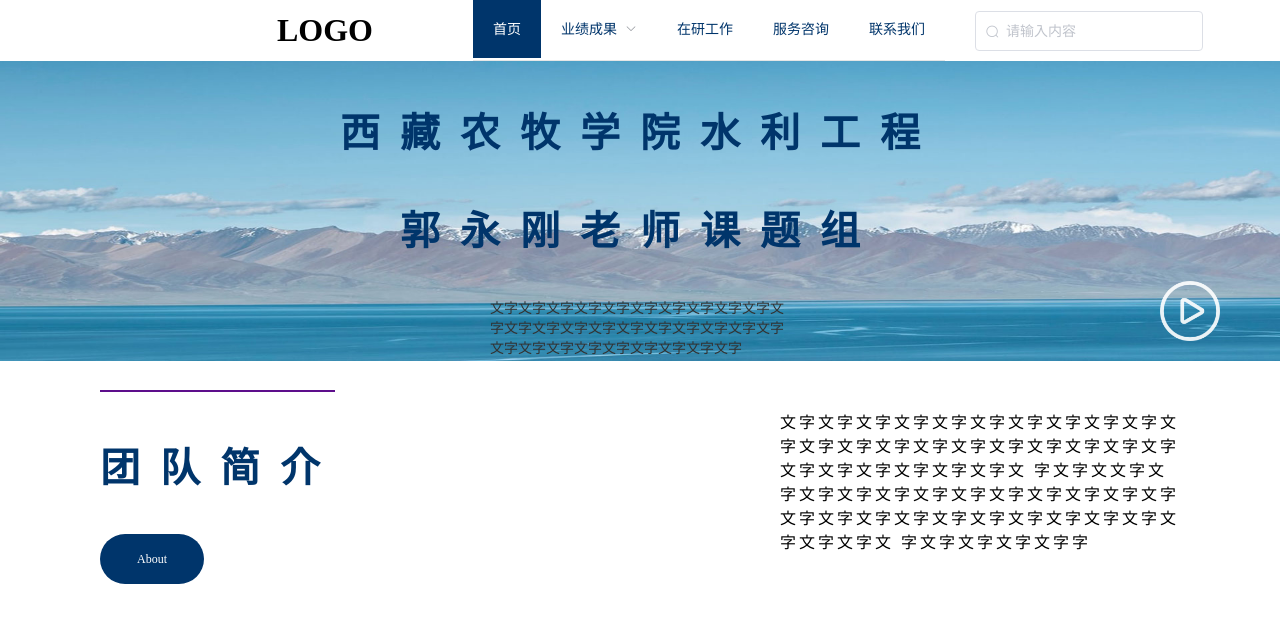
Repository: BLSY/xzust
Page: /
The author's editor kept a copy of each file at every save. The page is drawn from the files as they stood at one save, then again after the next save.
The browser window is 1280 px wide. The pictures show the whole page.
The project was rebuilt for these pictures with package versions that can differ from the ones it lists, and the page was loaded fresh each time.

Above is the page before, as saved 2022-11-27 08:45:44.

### index.html
<!DOCTYPE html>
<html>
  <head>
    <meta charset="utf-8">
    <meta name="viewport" content="width=device-width,initial-scale=1.0">
    <title>student</title>
  </head>
  <body style="margin:0;">
    <div id="app"></div>
    <!-- built files will be auto injected -->
  </body>
</html>

### src/main.js
// The Vue build version to load with the `import` command
// (runtime-only or standalone) has been set in webpack.base.conf with an alias.
import Vue from 'vue'
import App from './App'
import ElementUI from 'element-ui';
import 'element-ui/lib/theme-chalk/index.css';
import router from './router'

Vue.use(ElementUI);
Vue.config.productionTip = false

/* eslint-disable no-new */
new Vue({
  el: '#app',
  router,
  components: { App },
  template: '<App/>'
})

### src/App.vue
<template>
  <div id="app">
    <router-view/>
  </div>
</template>

<script>
export default {
  name: 'App'
}
</script>

<style>
#app {

}
</style>

### src/components/HelloWorld.vue
<template>
  <div class="indexBox">
    <div class="nav">
      <div class="login">LOGO</div>
      <div class="navList">
        <el-menu
          :default-active="activeIndex2"
          class="el-menu-demo"
          mode="horizontal"
          @select="handleSelect"
          background-color="#fff"
          text-color="#00356B"
          active-text-color="#fff"
        >
          <el-menu-item index="1">首页</el-menu-item>
          <el-submenu index="2">
            <template slot="title">业绩成果</template>
            <el-menu-item index="2-1">选项1</el-menu-item>
            <el-menu-item index="2-2">选项2</el-menu-item>
            <el-menu-item index="2-3">选项3</el-menu-item>
          </el-submenu>
          <el-menu-item index="3">在研工作</el-menu-item>
          <el-menu-item index="4">服务咨询</el-menu-item>
          <el-menu-item index="5">联系我们</el-menu-item>
        </el-menu>
      </div>
      <div class="serch">
        <el-input
          placeholder="请输入内容"
          prefix-icon="el-icon-search"
          v-model="input2"
        >
        </el-input>
      </div>
    </div>
    <div class="top">
      <div class="toptext">
        <h3 class="h-text">西藏农牧学院水利工程</h3>
        <h3 class="h-text" >郭永刚老师课题组</h3>
        <div class="detil">
          文字文字文字文字文字文字文字文字文字文字文字文字文字文字文字文字文字文字文字文字文字文字文字文字文字文字文字文字文字文字
        </div>

      </div>
      <div class="starvidio">
        </div>
    </div>
    <div class="team">
      <div class="team-left">
        <div class="line"></div>
        <h3 class="team-title">团队简介</h3>
        <div class="team-icon">About</div>
      </div>
      <div class="team-right">
        <div class="right-text">
          文字文字文字文字文字文字文字文字文字文字文字文字文字文字文字文字文字文字文字文字文字文字文字文字文字文字文字文
          字文字文文字文字文字文字文字文字文字文字文字文字文字文字文字文字文字文字文字文字文字文字文字文字文字文字文字文
          字文字文字文字文字字
        </div>

      </div>
    </div>
  </div>
</template>

<script>
export default {
  name: "HelloWorld",
  data() {
    return {
      activeIndex2: "1",
      input2: "",
    };
  },
  props: {
    msg: String,
  },
  methods: {
    handleSelect(key, keyPath) {
      console.log(key, keyPath);
    },
  },
};
</script>

<!-- Add "scoped" attribute to limit CSS to this component only -->
<style scoped >
*{
  list-style: none;
}
.indexBox {

  width: 100%;
  height: 100%;
  position: relative;
  overflow: auto;
}
.nav {
  width: 100%;
  display: flex;
  align-items: center;
  justify-content: center;
}
.login {
  display: inline-block;
  font-size: 32px;
  font-weight: bold;
  font-family: MicrosoftYaHei;
  margin-left: 200px;
  margin-right: 100px;
}
.navList{
  display: inline-block;
}
.serch{
  display: inline-block;
  margin-left:30px ;
}
.el-menu-item.is-active{
  background: #00356B !important;
}
.top{
  box-sizing: border-box;
  background: url(../assets/topbackg.jpg) no-repeat ;
  background-size:100% 100% ;
  position: relative;
  width: 100%;
  height: 300px;
  overflow: hidden;
}
  .toptext{
    margin-top: 20px;
    width: 100%;
    text-align: center;
  }
  .h-text{
    color: #00356B;
    font-size: 40px;
    letter-spacing:20px;
  }
  .detil{
    display: inline-block;
    width:300px;
    font-size: 14px;
    text-align: left;
    color:#333;
  }
  .starvidio{
    background: url(../assets/bapfang.png) no-repeat;
    background-size:100% 100% ;
    position: absolute;
    bottom: 20px;
    right: 60px;
    height: 60px;
    width: 60px;
  }
  .team{
    height: 240px;
    width:100%;
    display: flex;
    flex-direction: row;
    align-items: center;
    justify-content: space-between;
    padding: 0 100px;
  }
  .team-left{
    width: 500px;
    text-align: cente;
  }
  .team-right{
    width: 600px;
  }
  .right-text{
    width: 400px;
    text-align: left;
   letter-spacing:3px;
  }
  .team-title{
    color: #00356B;
    font-size: 40px;
    letter-spacing:20px;
  }
  .line{
    display: inline-block;
    margin: auto;
    width: 233px;
    border: 1px solid #5D0E8B;
  }
  .team-icon{
    text-align: center;
    width: 104px;
    height: 50px;
    line-height: 50px;
    color: #fff;
    font-size: 12px;
    background: #00356B;
    border-radius: 25px;
  }
</style>

Loaded but not shown: src/router/index.js (common file)

After the next save:
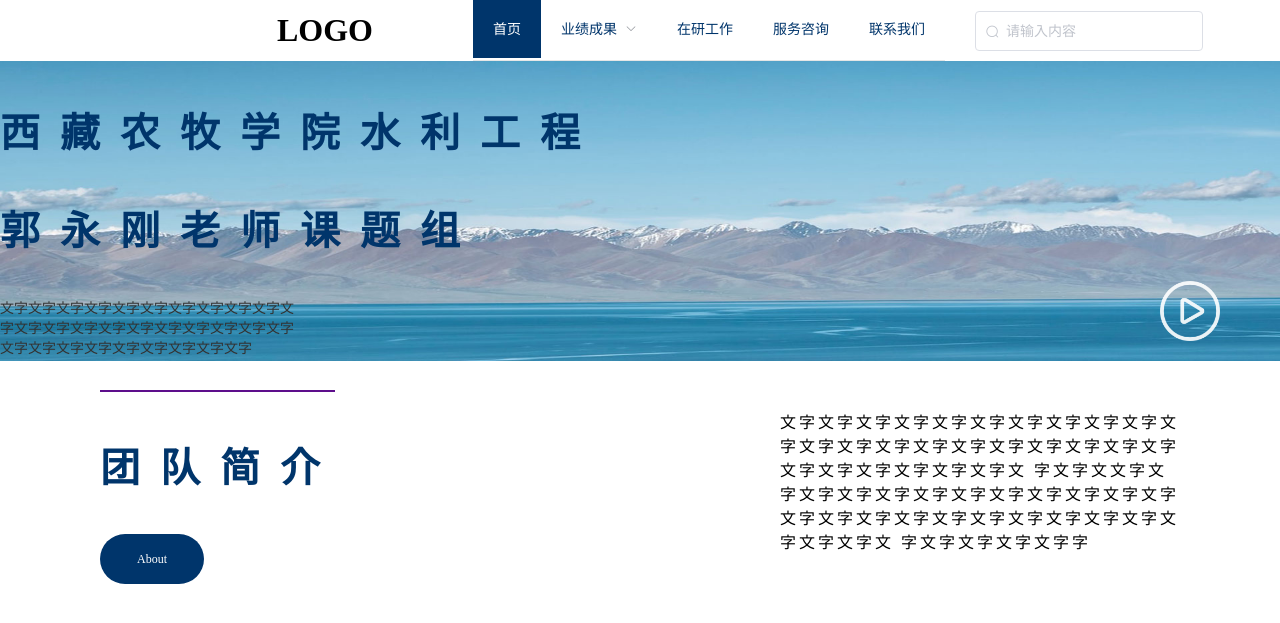
Saved 21 s later.
--- a/src/components/HelloWorld.vue
+++ b/src/components/HelloWorld.vue
@@ -131,7 +131,7 @@ export default {
   .toptext{
     margin-top: 20px;
     width: 100%;
-    text-align: center;
+    text-align: left;
   }
   .h-text{
     color: #00356B;
